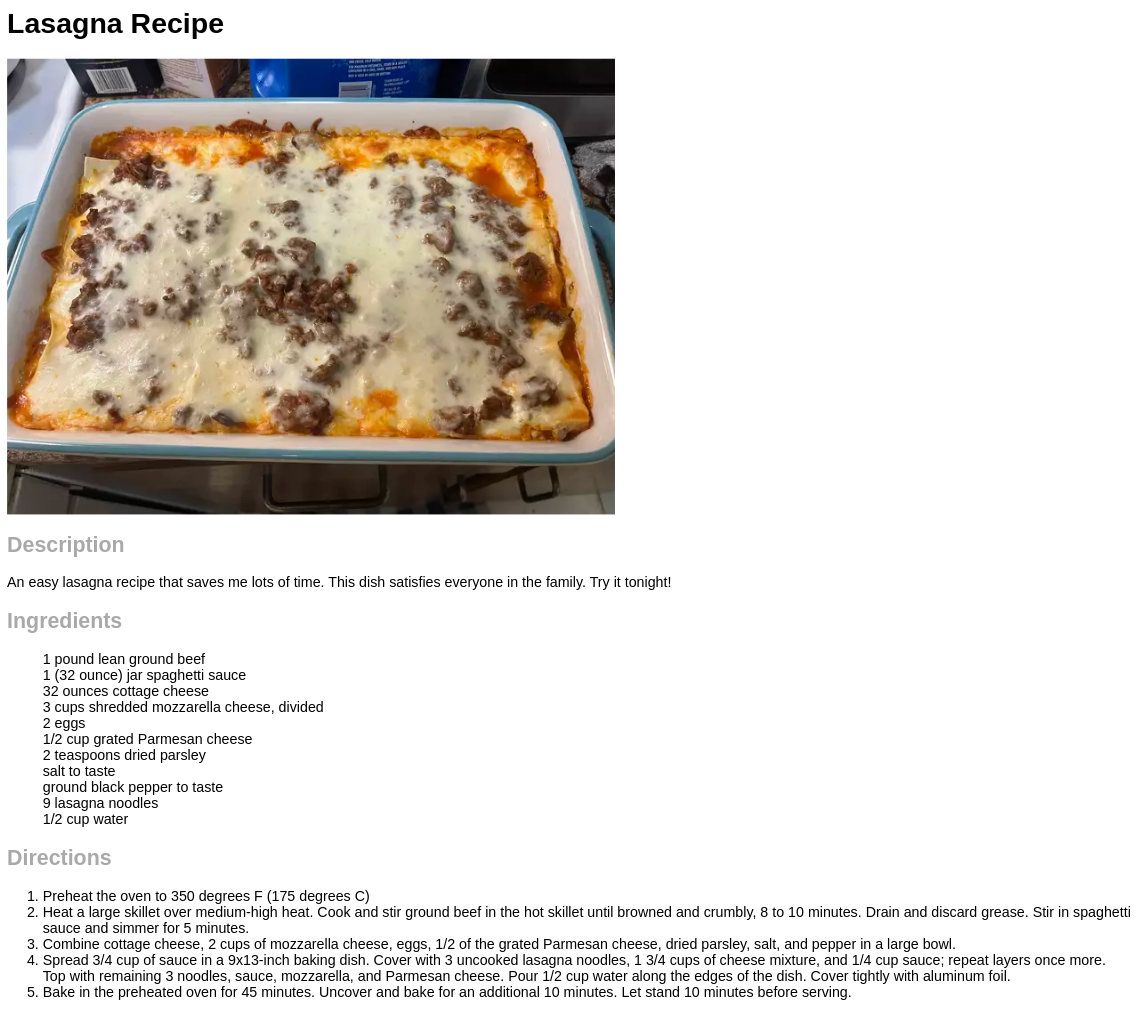
Repository: rsoetydev/odin-recipes
Page: recipes/lasagna.html
An editor plug-in stored every save of this project. The page is shown before and after the next save, followed by the edit.
The browser window is 1280 px wide. The pictures show the whole page, at 89% of full size.

Above is the page before, as saved 2023-11-25 11:58:28.

### recipes/lasagna.html
<link rel="stylesheet" href="style.css">
<h1>Lasagna Recipe</h1>
<img src="./images/lasagna.webp" alt="Lasagna Picture">

<h2>Description</h2>
<p>An easy lasagna recipe that saves me lots of time. This dish satisfies everyone in the family. Try it tonight!</p>

<h2>Ingredients</h2>
<ul>
    <li>1 pound lean ground beef</li>
    <li>1 (32 ounce) jar spaghetti sauce</li>
    <li>32 ounces cottage cheese</li>
    <li>3 cups shredded mozzarella cheese, divided</li>
    <li>2 eggs</li>
    <li>1/2 cup grated Parmesan cheese</li>
    <li>2 teaspoons dried parsley</li>
    <li>salt to taste</li>
    <li>ground black pepper to taste</li>
    <li>9 lasagna noodles</li>
    <li>1/2 cup water</li>
</ul>

<h2>Directions</h2>
<ol>
    <li>Preheat the oven to 350 degrees F (175 degrees C)</li>
    <li>Heat a large skillet over medium-high heat. Cook and stir ground beef in the hot skillet until browned and crumbly, 8 to 10 minutes. Drain and discard grease. Stir in spaghetti sauce and simmer for 5 minutes.</li>
    <li>Combine cottage cheese, 2 cups of mozzarella cheese, eggs, 1/2 of the grated Parmesan cheese, dried parsley, salt, and pepper in a large bowl.</li>
    <li>Spread 3/4 cup of sauce in a 9x13-inch baking dish. Cover with 3 uncooked lasagna noodles, 1 3/4 cups of cheese mixture, and 1/4 cup sauce; repeat layers once more. Top with remaining 3 noodles, sauce, mozzarella, and Parmesan cheese. Pour 1/2 cup water along the edges of the dish. Cover tightly with aluminum foil.</li>
    <li>Bake in the preheated oven for 45 minutes. Uncover and bake for an additional 10 minutes. Let stand 10 minutes before serving.</li>
</ol>

### style.css
* {
    font-family: sans-serif;
}

ul {
    list-style-type: none;
}

h1 {
    color: Black;
}

h2 {
    color: darkgray;
}

After the next save:
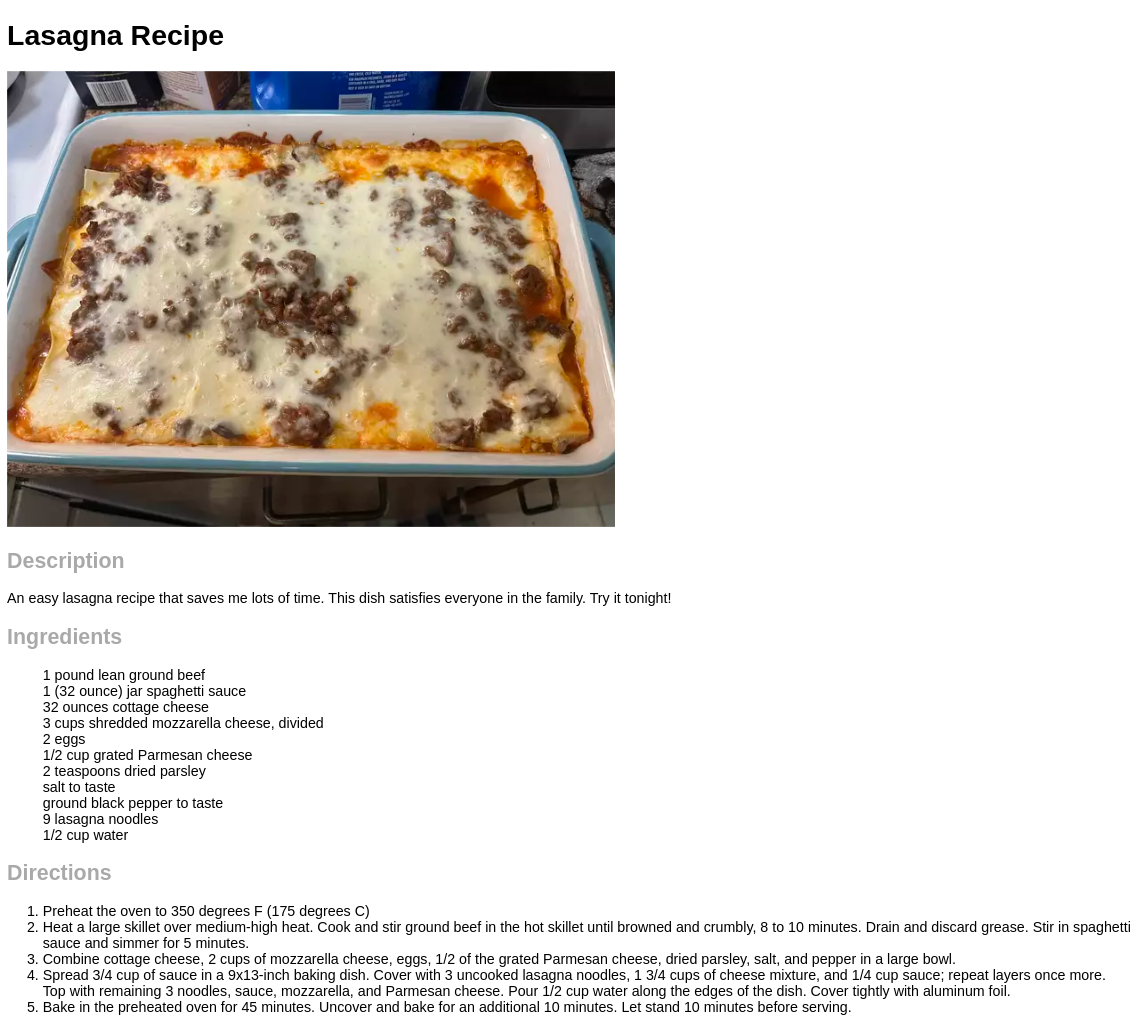
Saved 40 s later.
--- a/recipes/lasagna.html
+++ b/recipes/lasagna.html
@@ -1,5 +1,12 @@
-<link rel="stylesheet" href="style.css">
-<h1>Lasagna Recipe</h1>
+<!DOCTYPE html>
+<html lang="en">
+<head>
+    <meta charset="UTF-8">
+    <meta name="viewport" content="width=device-width, initial-scale=1.0">
+    <title>Lasagna Recipe</title><link rel="stylesheet" href="style.css">
+</head>
+<body>
+    <h1>Lasagna Recipe</h1>
 <img src="./images/lasagna.webp" alt="Lasagna Picture">
 
 <h2>Description</h2>
@@ -28,3 +35,5 @@
     <li>Spread 3/4 cup of sauce in a 9x13-inch baking dish. Cover with 3 uncooked lasagna noodles, 1 3/4 cups of cheese mixture, and 1/4 cup sauce; repeat layers once more. Top with remaining 3 noodles, sauce, mozzarella, and Parmesan cheese. Pour 1/2 cup water along the edges of the dish. Cover tightly with aluminum foil.</li>
     <li>Bake in the preheated oven for 45 minutes. Uncover and bake for an additional 10 minutes. Let stand 10 minutes before serving.</li>
 </ol>
+</body>
+</html>
